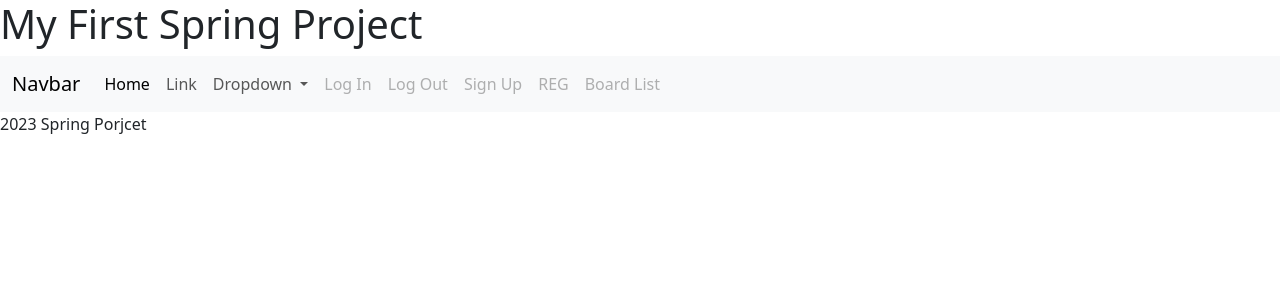
Repository: Leesunghoon1/ezenSpring
Page: http://localhost/spring-Test/WEB-INF/views/board/register.jsp
An editor plug-in stored every save of this project. The page is shown before and after the next save, followed by the edit.
The browser window is 1280 px wide. The pictures show the whole page.
The page is served by Tomcat 9. Nobody is signed in. Other server files are loaded and not shown. The template is opened directly, without the code that normally fills it, so the values that code supplies are empty.

Above is the page before, as saved 2023-10-05 07:24:27.

### spring-Test/src/main/webapp/WEB-INF/views/board/register.jsp
<%@ page language="java" contentType="text/html; charset=UTF-8"
    pageEncoding="UTF-8"%>
    <%@ taglib uri="http://java.sun.com/jsp/jstl/core" prefix="c" %>
<!DOCTYPE html>
<html>
<head>
<meta charset="UTF-8">
<title>Insert title here</title>
</head>
<body>
<jsp:include page="../layout/header.jsp"></jsp:include>

<jsp:include page="../layout/footer.jsp"></jsp:include>
</body>
</html>

### spring-Test/src/main/webapp/WEB-INF/views/layout/header.jsp
<%@ page language="java" contentType="text/html; charset=UTF-8"
    pageEncoding="UTF-8"%>
    <%@ taglib uri="http://java.sun.com/jsp/jstl/core" prefix="c" %>
<!DOCTYPE html>
<html>
<head>
<meta charset="UTF-8">
<title>Insert title here</title>
<link href="https://cdn.jsdelivr.net/npm/bootstrap@5.3.1/dist/css/bootstrap.min.css" rel="stylesheet" integrity="sha384-4bw+/aepP/YC94hEpVNVgiZdgIC5+VKNBQNGCHeKRQN+PtmoHDEXuppvnDJzQIu9" crossorigin="anonymous">
<script src="https://cdn.jsdelivr.net/npm/bootstrap@5.3.1/dist/js/bootstrap.bundle.min.js" integrity="sha384-HwwvtgBNo3bZJJLYd8oVXjrBZt8cqVSpeBNS5n7C8IVInixGAoxmnlMuBnhbgrkm" crossorigin="anonymous"></script>
</head>
<body>
<h1> My First Spring Project </h1>

<nav class="navbar navbar-expand-lg bg-body-tertiary">
  <div class="container-fluid">
    <a class="navbar-brand" href="#">Navbar</a>
    <button class="navbar-toggler" type="button" data-bs-toggle="collapse" data-bs-target="#navbarSupportedContent" aria-controls="navbarSupportedContent" aria-expanded="false" aria-label="Toggle navigation">
      <span class="navbar-toggler-icon"></span>
    </button>
    <div class="collapse navbar-collapse" id="navbarSupportedContent">
      <ul class="navbar-nav me-auto mb-2 mb-lg-0">
        <li class="nav-item">
          <a class="nav-link active" aria-current="page" href="#">Home</a>
        </li>
        <li class="nav-item">
          <a class="nav-link" href="#">Link</a>
        </li>
        <li class="nav-item dropdown">
          <a class="nav-link dropdown-toggle" href="#" role="button" data-bs-toggle="dropdown" aria-expanded="false">
            Dropdown
          </a>
          <ul class="dropdown-menu">
            <li><a class="dropdown-item" href="#">Action</a></li>
            <li><a class="dropdown-item" href="#">Another action</a></li>
            <li><hr class="dropdown-divider"></li>
            <li><a class="dropdown-item" href="#">Something else here</a></li>
          </ul>
        </li>
        <li class="nav-item">
          <a class="nav-link disabled" aria-disabled="true">Log In</a>
        </li>
                <li class="nav-item">
          <a class="nav-link disabled" aria-disabled="true">Log Out</a>
        </li>
                <li class="nav-item">
          <a class="nav-link disabled" aria-disabled="true">Sign Up</a>
        </li>
                <li class="nav-item">
          <a class="nav-link disabled" aria-disabled="true">REG</a>
        </li>
                <li class="nav-item">
          <a class="nav-link disabled" aria-disabled="true">Board List</a>
        </li>
      </ul>
<!--       <form class="d-flex" role="search">
        <input class="form-control me-2" type="search" placeholder="Search" aria-label="Search">
        <button class="btn btn-outline-success" type="submit">Search</button>
      </form> -->
    </div>
  </div>
</nav>

### spring-Test/src/main/webapp/WEB-INF/views/layout/footer.jsp
<%@ page language="java" contentType="text/html; charset=UTF-8"
    pageEncoding="UTF-8"%>

<div>
2023 Spring Porjcet
</div>
</body>
</html>

After the next save:
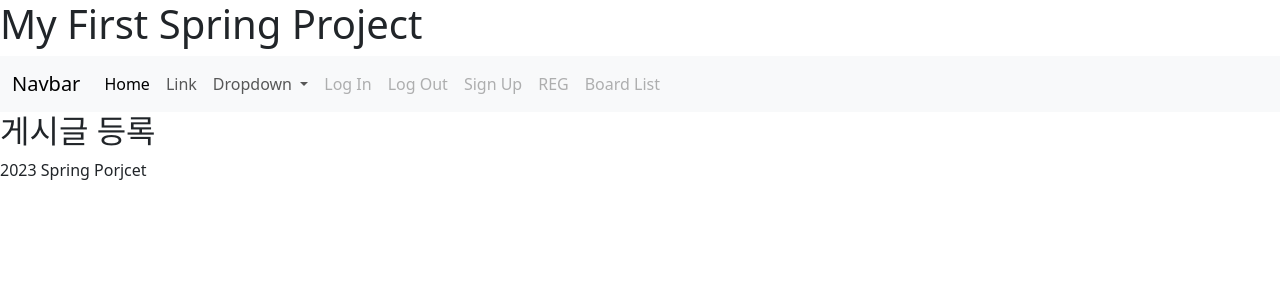
Saved 69 s later.
--- a/spring-Test/src/main/webapp/WEB-INF/views/board/register.jsp
+++ b/spring-Test/src/main/webapp/WEB-INF/views/board/register.jsp
@@ -9,7 +9,12 @@
 </head>
 <body>
 <jsp:include page="../layout/header.jsp"></jsp:include>
+<h2> 게시글 등록 </h2>
+<form action="/board/register" method="post">
 
+
+
+</form>
 <jsp:include page="../layout/footer.jsp"></jsp:include>
 </body>
 </html>
